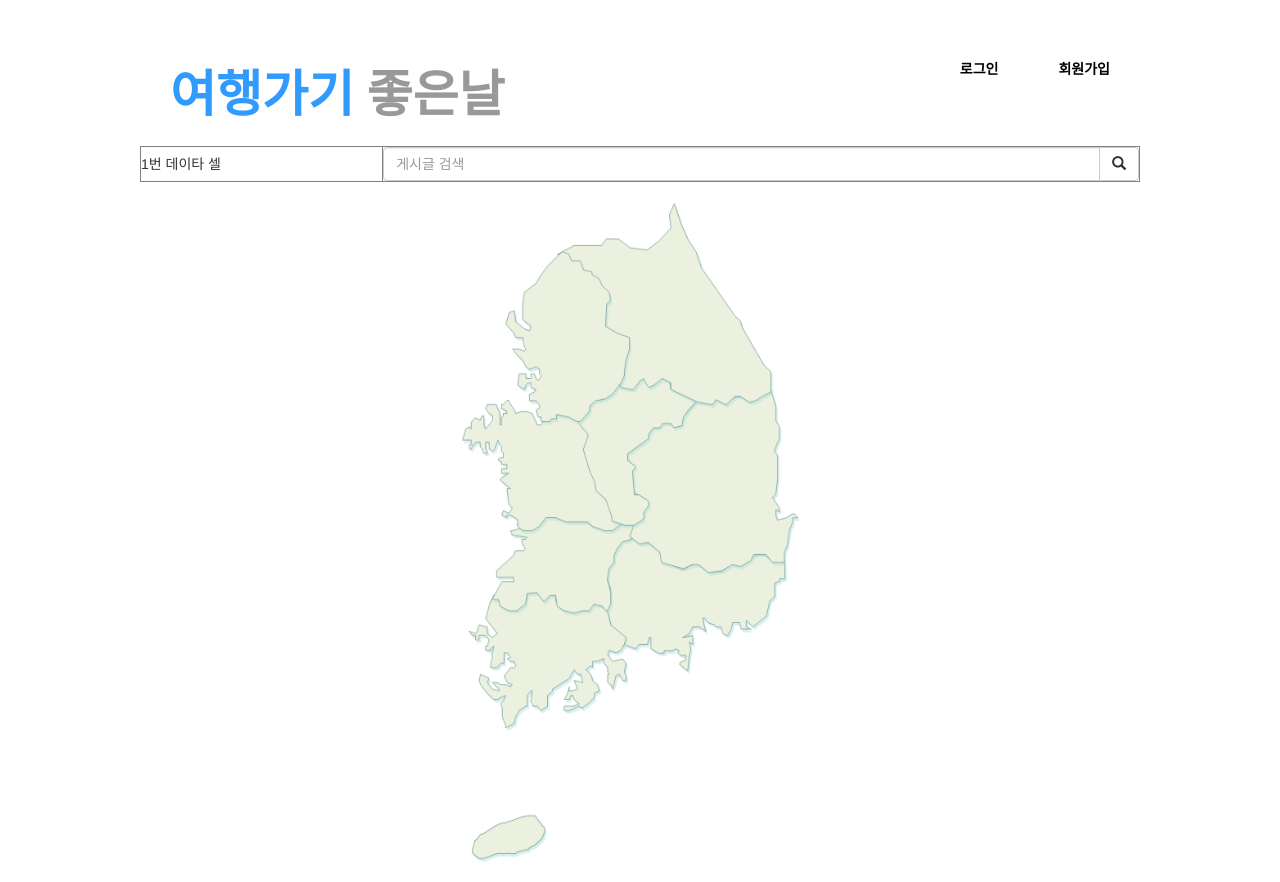
Repository: Hotmintchoco/teamProject1
Page: http://localhost/tripProject/mypage.jsp
These files come from the project's save history. The page is drawn as it stood at one moment and after the next save; the edit follows.
The browser window is 1280 px wide. The pictures show the whole page.
Some web fonts or font styles are not loaded; a fallback is used. The page is served by Tomcat 9. Nobody is signed in. The application's start-up code is not run.

Above is the page before, as saved 2022-07-02 11:24:46.

After the next save:
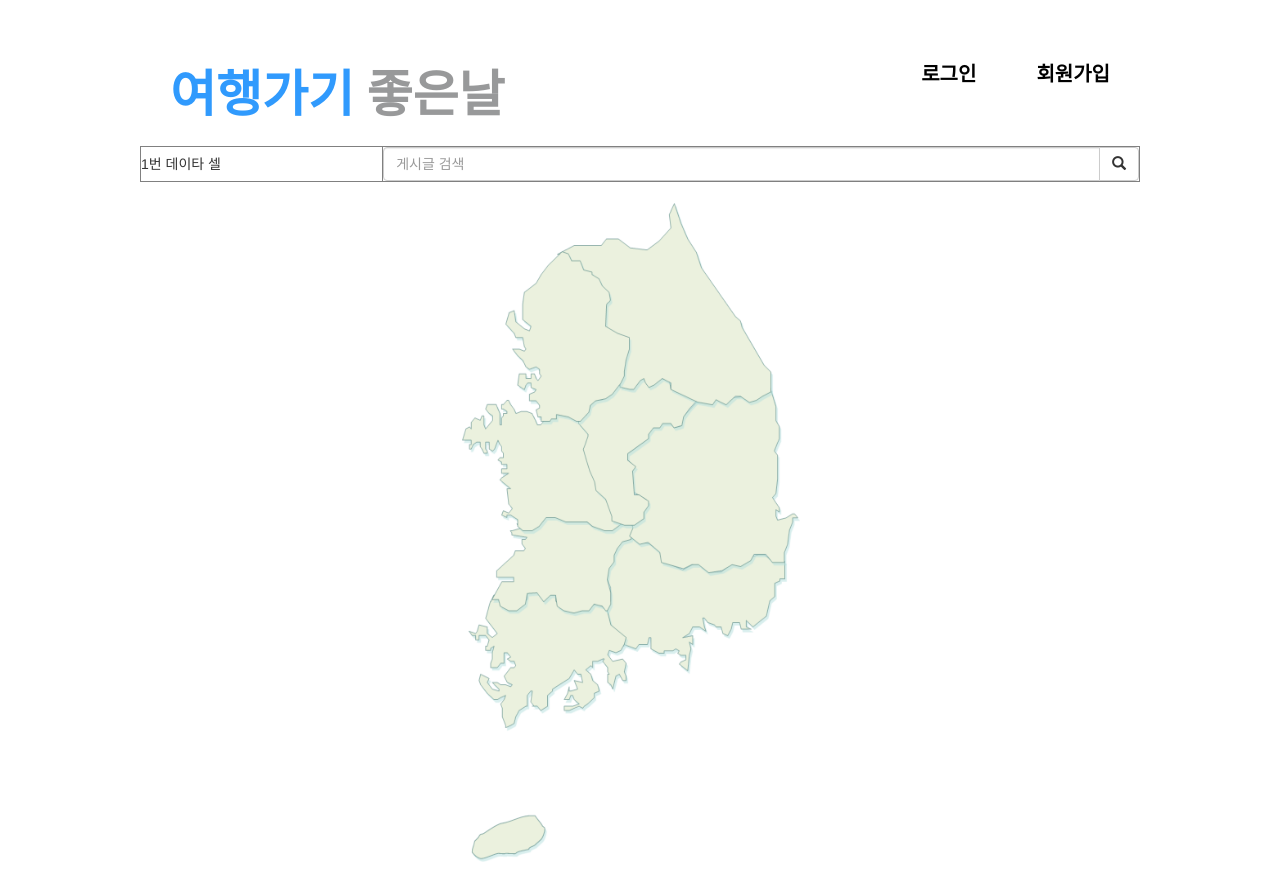
Saved 113 s later.
--- a/tripProject/src/main/webapp/mypage.jsp
+++ b/tripProject/src/main/webapp/mypage.jsp
@@ -16,7 +16,7 @@
     <style>
         ul,ol.li {list-style: none; margin: 0; padding: 0;}
         nav {width: 1000px; height: 50px; margin:0 auto;}
-	    nav > ul > li > a {float: right; color: black;
+	    nav > ul > li > a {float: right; color: black; font-size: 20px;
             text-decoration: none; margin: 0px 30px 0 30px;
             font-weight: bold; font-family: 'Gugi', cursive;}
         #slider {width: 1000px; height: 700px; margin: 0 auto;}
